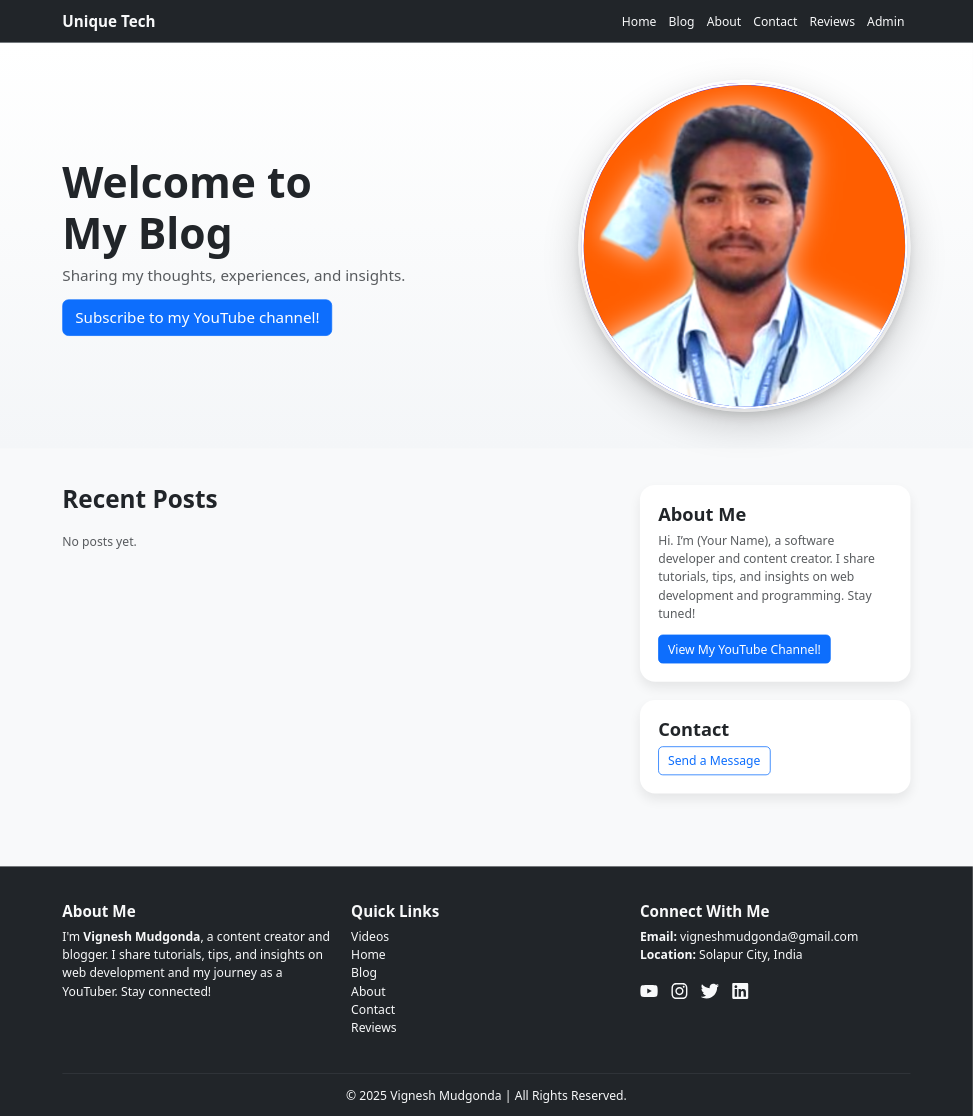
Repository: vigneshmudgonda/Blog2
Page: / (app in blog-frontend-full/)
These files come from the project's save history. The page is drawn as it stood at one moment and after the next save; the edit follows.
The browser window is 1280 px wide. The pictures show the whole page, at 76% of full size.
The page's requests for data from a server got no answer. The project was rebuilt for these pictures with package versions that can differ from the ones it lists, and the page was loaded fresh each time. No one was signed in, and anything a server would have sent is missing. Also part of the build but not shown: blog-frontend-full/src/pages/BlogList.js, blog-frontend-full/src/pages/BlogDetail.js, blog-frontend-full/src/pages/Reviews.js, blog-frontend-full/src/pages/Contact.js, blog-frontend-full/src/pages/About.js, blog-frontend-full/src/pages/AdminLogin.js, blog-frontend-full/src/pages/AdminDashboard.js, blog-frontend-full/src/pages/YoutubeVideos.js and 2 more.

Above is the page before, as saved 2025-08-22 19:47:42.

### blog-frontend-full/public/index.html
<!DOCTYPE html>
<html lang="en">
  <head>
    <meta charset="utf-8" />
    <meta name="viewport" content="width=device-width, initial-scale=1" />
    <title>My Blog</title>
    <meta name="description" content="Personal blog powered by React + Bootstrap" />
    <link rel="icon" href="%PUBLIC_URL%/favicon.ico" />
  </head>
  <body>
    <noscript>You need to enable JavaScript to run this app.</noscript>
    <div id="root"></div>
  </body>
</html>

### blog-frontend-full/src/index.js
import React from 'react';
import { createRoot } from 'react-dom/client';
import { BrowserRouter } from 'react-router-dom';
import App from './App';
import 'bootstrap/dist/css/bootstrap.min.css';
import 'bootstrap/dist/js/bootstrap.bundle.min.js';
import './index.css';

const root = createRoot(document.getElementById('root'));
root.render(
  <BrowserRouter>
    <App/>
  </BrowserRouter>
);

### blog-frontend-full/src/App.js
import React from 'react';
import { Routes, Route } from 'react-router-dom';
import Navbar from './components/Navbar';
import Footer from './components/Footer';
import Home from './pages/Home';
import BlogList from './pages/BlogList';
import BlogDetail from './pages/BlogDetail';
import Reviews from './pages/Reviews';
import Contact from './pages/Contact';
import About from './pages/About';
import AdminLogin from './pages/AdminLogin';

import AdminDashboard from "./pages/AdminDashboard";
import YoutubeVideos from "./pages/YoutubeVideos";
import PrivateRoute from "./components/PrivateRoute";
import NotFound from "./pages/NotFound";

export default function App(){
  return (
    <div className="d-flex flex-column min-vh-100">
      <Navbar/>
      <main className="flex-grow-1">
        <Routes>
          <Route path="/" element={<Home/>} />
          <Route path="/blog" element={<BlogList/>} />
          <Route path="/blog/:id" element={<BlogDetail/>} />
          <Route path="/reviews" element={<Reviews/>} />
          <Route path="/contact" element={<Contact/>} />
          <Route path="/about" element={<About/>} />
          <Route path="/login" element={<AdminLogin/>} />

         <Route path="*" element={<NotFound />} />
          <Route path="/youtube" element={<YoutubeVideos />} />
             <Route
          path="/admin"
          element={
            <PrivateRoute>
              <AdminDashboard />
            </PrivateRoute>
          }
        />
        </Routes>
      </main>
      <Footer/>
    </div>
  );
}

### blog-frontend-full/src/index.css
:root{--radius:1.25rem}
body{background:#f8f9fa}
.shadow-soft{box-shadow:0 .5rem 1rem rgba(0,0,0,.08)}
.rounded-2xl{border-radius:var(--radius)}
.hero{background:linear-gradient(180deg,#ffffff 0%,#f4f6f8 100%)}
.post-card img{object-fit:cover;height:180px}
a{text-decoration:none}

### blog-frontend-full/src/components/Navbar.js
import React from 'react';
import { Link, NavLink } from 'react-router-dom';

export default function Navbar(){
  return (
    <nav className="navbar navbar-expand-lg bg-dark border-bottom sticky-top">
      <div className="container">
        <Link className="navbar-brand fw-bold text-light " to="/">Unique Tech</Link>
        <button className="navbar-toggler" type="button" data-bs-toggle="collapse" data-bs-target="#nav">
          <span className="navbar-toggler-icon"></span>
        </button>
        <div id="nav" className="collapse navbar-collapse ">
          <ul className="navbar-nav ms-auto">
            <li className="nav-item"><NavLink end className="nav-link text-light " to="/">Home</NavLink></li>
            <li className="nav-item"><NavLink className="nav-link text-light " to="/blog">Blog</NavLink></li>
            <li className="nav-item"><NavLink className="nav-link text-light " to="/about">About</NavLink></li>
            <li className="nav-item"><NavLink className="nav-link text-light " to="/contact">Contact</NavLink></li>
            <li className="nav-item"><NavLink className="nav-link text-light " to="/reviews">Reviews</NavLink></li>
            <li className="nav-item"><NavLink className="nav-link text-light " to="/login">Admin</NavLink></li>
          </ul>
        </div>
      </div>
    </nav>
  );
}

### blog-frontend-full/src/components/Footer.js
import React from "react";
import { Link } from "react-router-dom";
import {
  FaYoutube,
  FaInstagram,
  FaTwitter,
  FaLinkedin,
} from "react-icons/fa";

export default function Footer() {
  return (
    <footer className="bg-dark text-light pt-5 pb-3 mt-5">
      <div className="container">
        <div className="row">
          {/* About Me */}
          <div className="col-md-4 mb-3">
            <h5 className="fw-bold">About Me</h5>
            <p>
              I'm <strong>Vignesh Mudgonda</strong>, a content creator and
              blogger. I share tutorials, tips, and insights on web development
              and my journey as a YouTuber. Stay connected!
            </p>
          </div>

          {/* Quick Links */}
          <div className="col-md-4 mb-3">
            <h5 className="fw-bold">Quick Links</h5>
            <ul className="list-unstyled">
              <li><Link to="/youtube" className="text-light text-decoration-none">Videos</Link></li>
              <li><Link to="/" className="text-light text-decoration-none">Home</Link></li>
              <li><Link to="/blog" className="text-light text-decoration-none">Blog</Link></li>
              <li><Link to="/about" className="text-light text-decoration-none">About</Link></li>
              <li><Link to="/contact" className="text-light text-decoration-none">Contact</Link></li>
              <li><Link to="/reviews" className="text-light text-decoration-none">Reviews</Link></li>
            </ul>
          </div>

          {/* Connect With Me */}
          <div className="col-md-4 mb-3">
            <h5 className="fw-bold">Connect With Me</h5>
            <p>
              <strong>Email:</strong>{" "}
              <a
                href="mailto:vigneshmudgonda@gmail.com"
                className="text-light text-decoration-none"
              >
                vigneshmudgonda@gmail.com
              </a>
              <br />
              <strong>Location:</strong> Solapur City, India
            </p>
            <div className="d-flex gap-3 fs-4">
              <a href="https://www.youtube.com/@UNIQUETECH03" className="text-light"><FaYoutube /></a>
              <a href="https://www.instagram.com/uniquetech17/" className="text-light"><FaInstagram /></a>
              <a href="https://twitter.com" className="text-light"><FaTwitter /></a>
              <a href="https://www.linkedin.com/in/vignesh-mudgonda-b1572423b/com" className="text-light"><FaLinkedin /></a>
            </div>
          </div>
        </div>

        <hr className="border-secondary" />
        <p className="text-center mb-0">
          © 2025 Vignesh Mudgonda | All Rights Reserved.
        </p>
      </div>
    </footer>
  );
}

### blog-frontend-full/src/pages/Home.js
// src/pages/Home.js
import React, { useEffect, useState } from 'react';
import { Link } from 'react-router-dom';
import api from '../services/api';

export default function Home(){
  const [posts, setPosts] = useState([]);

  useEffect(()=>{
    (async ()=>{
      try{
        const res = await api.get('/api/blogs', { params: { limit: 2, page: 1 } });
        setPosts(res.data.blogs || []);
      }catch(e){
        console.error(e);
      }
    })();
  },[]);

  // ✅ helper function to strip HTML tags
  const stripHtml = (html) => {
    return html.replace(/<[^>]+>/g, '');
  };

  return (
    <div>
      {/* Hero Section */}
      <section className="hero py-5">
        <div className="container">
          <div className="row align-items-center g-5">
            <div className="col-lg-7">
              <h1 className="display-4 fw-bold">Welcome to<br/>My Blog</h1>
              <p className="lead text-muted">Sharing my thoughts, experiences, and insights.</p>
              <a
                href={process.env.REACT_APP_YOUTUBE_URL || '#'}
                target="_blank"
                rel="noreferrer"
                className="btn btn-primary btn-lg"
              >
                Subscribe to my YouTube channel!
              </a>
            </div>
            <div className="col-lg-5">
              <div
                className="rounded-circle ratio ratio-1x1 d-flex align-items-center justify-content-center shadow-lg"
                style={{
                  background: "linear-gradient(135deg, #6a11cb, #2575fc)",
                  padding: "12px",
                  boxShadow: "0 8px 20px rgba(0,0,0,0.15), 0 4px 12px rgba(0,0,0,0.1)",
                  border: "4px solid #fff"
                }}
              >
                <img
                  alt="Profile"
                  className="rounded-circle w-100 h-100 object-fit-cover border border-3 border-white shadow"
                  src="picofme.png"
                />
              </div>
            </div>
          </div>
        </div>
      </section>

      {/* Recent Posts */}
      <section className="container my-5">
        <div className="row">
          <div className="col-lg-8">
            <h2 className="fw-bold mb-4">Recent Posts</h2>
            <div className="row g-4">
              {posts.map(p => (
                <div className="col-md-6" key={p._id}>
                  <div className="card rounded-2xl shadow-soft post-card h-100">
                    {p.image && (
                      <img src={p.image} className="card-img-top" alt={p.title}/>
                    )}
                    <div className="card-body">
                      <h5 className="card-title">{p.title}</h5>
                      <p className="text-muted small mb-2">
                        {new Date(p.createdAt || Date.now()).toDateString()}
                      </p>
                      {/* ✅ Strip HTML and then slice preview */}
                      <p className="card-text">
                        {stripHtml(p.content || '').slice(0, 100)}...
                      </p>
                      <Link
                        to={`/blog/${p._id}`}
                        className="btn btn-outline-primary btn-sm"
                      >
                        Read More
                      </Link>
                    </div>
                  </div>
                </div>
              ))}
              {!posts.length && <p className="text-muted">No posts yet.</p>}
            </div>
          </div>

          {/* Sidebar */}
          <div className="col-lg-4">
            <div className="mb-4 p-4 bg-white rounded-2xl shadow-soft">
              <h4 className="fw-bold">About Me</h4>
              <p className="text-muted">
                Hi. I’m (Your Name), a software developer and content creator.
                I share tutorials, tips, and insights on web development and programming. Stay tuned!
              </p>
              <a
                className="btn btn-primary"
                href={process.env.REACT_APP_YOUTUBE_URL || '#'}
                target="_blank"
                rel="noreferrer"
              >
                View My YouTube Channel!
              </a>
            </div>
            <div className="p-4 bg-white rounded-2xl shadow-soft">
              <h4 className="fw-bold">Contact</h4>
              <Link className="btn btn-outline-primary" to="/contact">Send a Message</Link>
            </div>
          </div>
        </div>
      </section>
    </div>
  );
}

### blog-frontend-full/src/services/api.js
import axios from 'axios';
const API_URL = process.env.REACT_APP_API_URL || 'http://localhost:5000';
const api = axios.create({ baseURL: API_URL });
export default api;

After the next save:
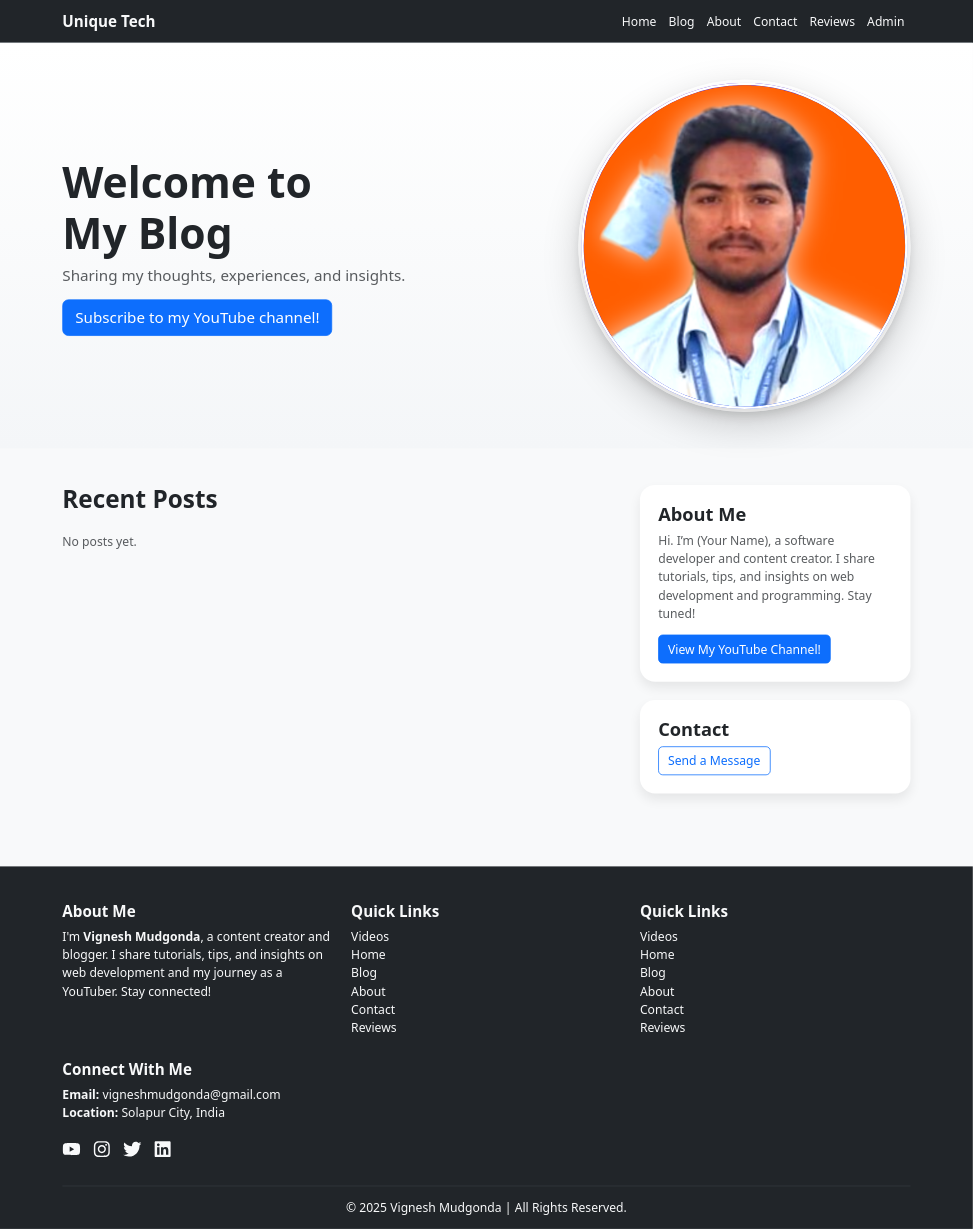
Saved 5 s later.
--- a/blog-frontend-full/src/components/Footer.js
+++ b/blog-frontend-full/src/components/Footer.js
@@ -34,7 +34,17 @@
               <li><Link to="/reviews" className="text-light text-decoration-none">Reviews</Link></li>
             </ul>
           </div>
-
+           <div className="col-md-4 mb-3">
+            <h5 className="fw-bold">Quick Links</h5>
+            <ul className="list-unstyled">
+              <li><Link to="/youtube" className="text-light text-decoration-none">Videos</Link></li>
+              <li><Link to="/" className="text-light text-decoration-none">Home</Link></li>
+              <li><Link to="/blog" className="text-light text-decoration-none">Blog</Link></li>
+              <li><Link to="/about" className="text-light text-decoration-none">About</Link></li>
+              <li><Link to="/contact" className="text-light text-decoration-none">Contact</Link></li>
+              <li><Link to="/reviews" className="text-light text-decoration-none">Reviews</Link></li>
+            </ul>
+          </div>
           {/* Connect With Me */}
           <div className="col-md-4 mb-3">
             <h5 className="fw-bold">Connect With Me</h5>

After the save that followed:
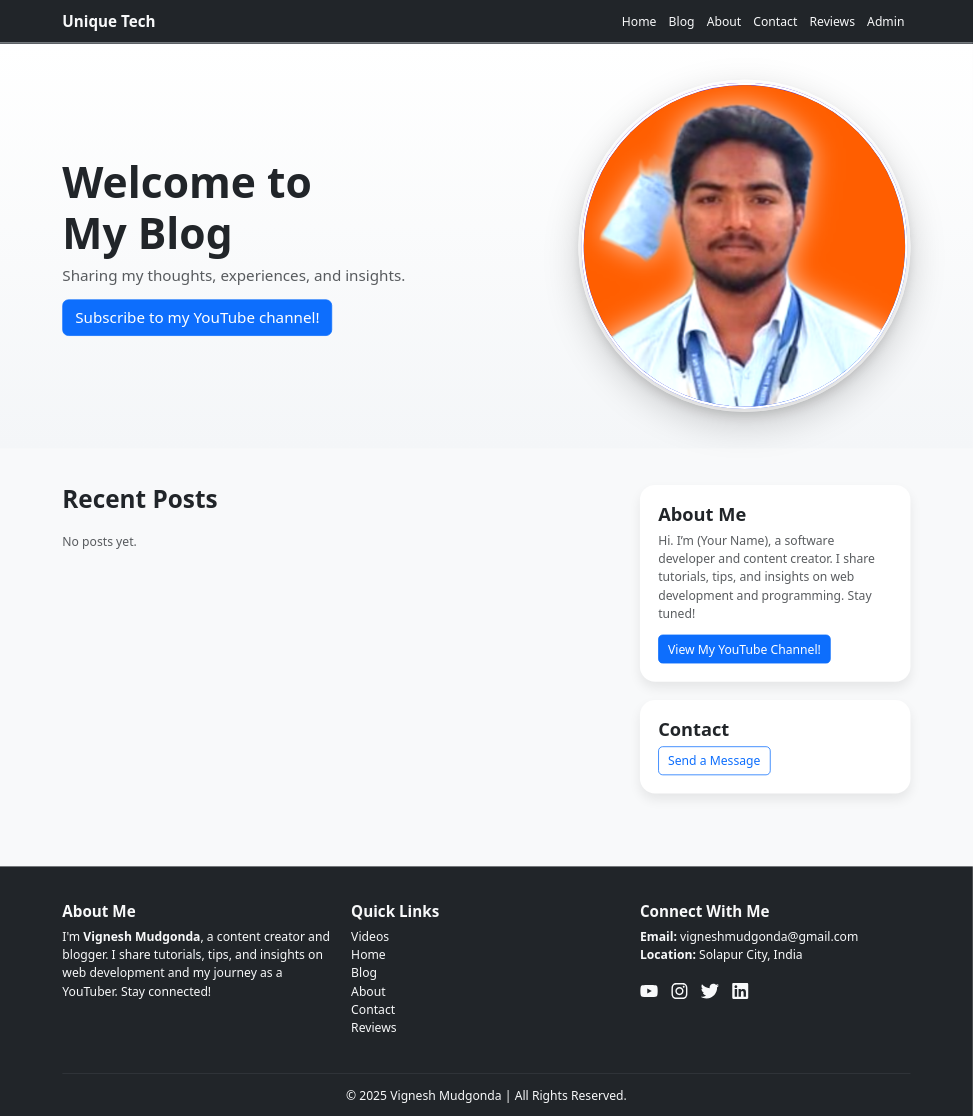
Saved 32 s later.
--- a/blog-frontend-full/src/components/Footer.js
+++ b/blog-frontend-full/src/components/Footer.js
@@ -34,17 +34,7 @@
               <li><Link to="/reviews" className="text-light text-decoration-none">Reviews</Link></li>
             </ul>
           </div>
-           <div className="col-md-4 mb-3">
-            <h5 className="fw-bold">Quick Links</h5>
-            <ul className="list-unstyled">
-              <li><Link to="/youtube" className="text-light text-decoration-none">Videos</Link></li>
-              <li><Link to="/" className="text-light text-decoration-none">Home</Link></li>
-              <li><Link to="/blog" className="text-light text-decoration-none">Blog</Link></li>
-              <li><Link to="/about" className="text-light text-decoration-none">About</Link></li>
-              <li><Link to="/contact" className="text-light text-decoration-none">Contact</Link></li>
-              <li><Link to="/reviews" className="text-light text-decoration-none">Reviews</Link></li>
-            </ul>
-          </div>
+
           {/* Connect With Me */}
           <div className="col-md-4 mb-3">
             <h5 className="fw-bold">Connect With Me</h5>
